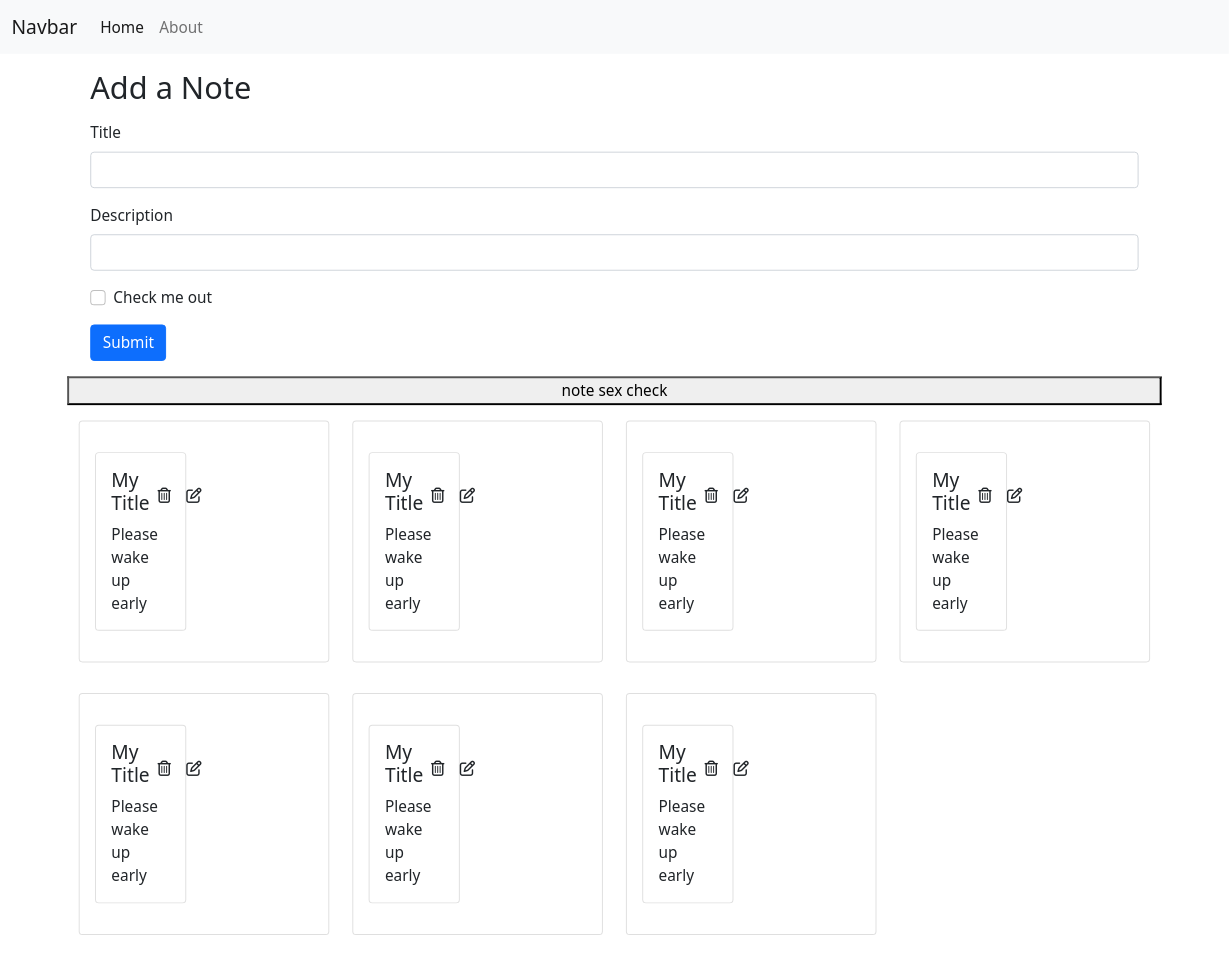
Repository: Asad-devv/inotebook-mern
Page: /
These files come from the project's save history. The page is drawn as it stood at one moment and after the next save; the edit follows.
The browser window is 1280 px wide. The pictures show the whole page, at 96% of full size.
Some web libraries are served in a nearby version. The project was rebuilt for these pictures with package versions that can differ from the ones it lists, and the page was loaded fresh each time. Also part of the build but not shown: vite.config.js, src/components/About.jsx.

Above is the page before, as saved 2023-04-14 01:27:57.

### index.html
<!DOCTYPE html>
<html lang="en">
  <head>
    <meta charset="UTF-8" />
    <link rel="icon" type="image/svg+xml" href="/vite.svg" />
    <meta name="viewport" content="width=device-width, initial-scale=1.0" />
    <link href="https://cdn.jsdelivr.net/npm/bootstrap@5.0.2/dist/css/bootstrap.min.css" rel="stylesheet" integrity="sha384-EVSTQN3/azprG1Anm3QDgpJLIm9Nao0Yz1ztcQTwFspd3yD65VohhpuuCOmLASjC" crossorigin="anonymous">
    <title>iNotebook</title>
  </head>
  <body>
    <div id="root"></div>
    <script type="module" src="/src/main.jsx"></script>

    <script src="https://kit.fontawesome.com/26504e4a1f.js" crossorigin="anonymous"></script>

    <script src="https://cdn.jsdelivr.net/npm/@popperjs/core@2.9.2/dist/umd/popper.min.js" integrity="sha384-IQsoLXl5PILFhosVNubq5LC7Qb9DXgDA9i+tQ8Zj3iwWAwPtgFTxbJ8NT4GN1R8p" crossorigin="anonymous"></script>
    <script src="https://cdn.jsdelivr.net/npm/bootstrap@5.0.2/dist/js/bootstrap.min.js" integrity="sha384-cVKIPhGWiC2Al4u+LWgxfKTRIcfu0JTxR+EQDz/bgldoEyl4H0zUF0QKbrJ0EcQF" crossorigin="anonymous"></script>
  </body>
</html>

### src/main.jsx
import React from 'react'
import ReactDOM from 'react-dom/client'
import App from './App'
// import './index.css'
import { BrowserRouter } from "react-router-dom"
import { Provider } from 'react-redux'
import store from './states/Store'


ReactDOM.createRoot(document.getElementById('root')).render(
  <React.StrictMode>
    <BrowserRouter>
    <Provider store={store} >
    <App />
    </Provider>
    </BrowserRouter>
  </React.StrictMode>,
)

### src/App.jsx
import { useState } from 'react'
import reactLogo from './assets/react.svg'
import viteLogo from '/vite.svg'
// import './App.css'
import {Home,Navbar,About} from "./components"
import { Route, Routes } from "react-router-dom"




function App() {

  return (
      <>
      <Navbar/>
      <div className="container">
      <Routes>
      <Route path="/" element={<Home />} />
      <Route path="/about" element={<About />} />
      </Routes>
      </div>

    </>
  );
}
export default App

### src/states/Store.js
import { configureStore } from '@reduxjs/toolkit'
import notesReducer from "./redux/notesSlice"


export default configureStore({
  reducer: {notes:notesReducer},
})

### src/components/index.js
import Home from "./Home"
import Navbar from "./Navbar"
import About from "./About"



export { Home,Navbar,About }

### src/states/redux/notesSlice.js
import { createSlice } from '@reduxjs/toolkit'


const notesInitial = [
        {
          "_id": "61322f19553781a8ca8d0e06",
          "user": "6131dc5e3e4037cd4734a066",
          "title": "My Title",
          "description": "Please wake up early",
          "tag": "personal",
          "date": "2021-09-03T14:20:09.509Z",
          "__v": 0
        },
        {
          "_id": "61322f19553781a8ca8d0e08",
          "user": "6131dc5e3e4037cd4734a066",
          "title": "My Title",
          "description": "Please wake up early",
          "tag": "personal",
          "date": "2021-09-03T14:20:09.668Z",
          "__v": 0
        },
        {
          "_id": "61322f19553781a8ca8d0e08",
          "user": "6131dc5e3e4037cd4734a066",
          "title": "My Title",
          "description": "Please wake up early",
          "tag": "personal",
          "date": "2021-09-03T14:20:09.668Z",
          "__v": 0
        },
        {
          "_id": "61322f19553781a8ca8d0e08",
          "user": "6131dc5e3e4037cd4734a066",
          "title": "My Title",
          "description": "Please wake up early",
          "tag": "personal",
          "date": "2021-09-03T14:20:09.668Z",
          "__v": 0
        },
        {
          "_id": "61322f19553781a8ca8d0e08",
          "user": "6131dc5e3e4037cd4734a066",
          "title": "My Title",
          "description": "Please wake up early",
          "tag": "personal",
          "date": "2021-09-03T14:20:09.668Z",
          "__v": 0
        },
        {
          "_id": "61322f19553781a8ca8d0e08",
          "user": "6131dc5e3e4037cd4734a066",
          "title": "My Title",
          "description": "Please wake up early",
          "tag": "personal",
          "date": "2021-09-03T14:20:09.668Z",
          "__v": 0
        },
        {
          "_id": "61322f19553781a8ca8d0e08",
          "user": "6131dc5e3e4037cd4734a066",
          "title": "My Title",
          "description": "Please wake up early",
          "tag": "personal",
          "date": "2021-09-03T14:20:09.668Z",
          "__v": 0
        },
      ]

export const notesSlice= createSlice({
    name:'notes',
    initialState:{value:notesInitial},
    reducers:{
        addNote:(state,action)=>{
                const newNote = action.payload
                return {
                    ...state,
                    value: [...state.value, newNote],
                };

        },deleteNote:(state)=>{

        },
        editNote:()=>{

        }
    }
})


export const { addNote} = notesSlice.actions

export default notesSlice.reducer

### src/components/Home.jsx
import React from 'react'
import { useSelector,useDispatch } from 'react-redux'
// import { update } from '../states/redux/notesSlice';
import Notes from './Notes';
import AddNote from './AddNote'



const Home = () => {
  const dispatch= useDispatch();
  const notes =  useSelector((state) => state.notes.value)
  console.log(notes)
  return (
    <div>

      <AddNote/>

        <Notes></Notes>
    </div>
  )
}

export default Home

### src/components/Navbar.jsx
import React,{useEffect,useState} from 'react'
import {Link,useLocation } from "react-router-dom"

const Navbar = () => {


  let location = useLocation();
  const [activeLink, setActiveLink] = useState()

  useEffect(() => {
    // Google Analytics
  }, [location]);

  return (

    <nav className="navbar navbar-expand-lg navbar-light bg-light">
      <div className="container-fluid">
        <a className="navbar-brand" href="#">Navbar</a>
        <button className="navbar-toggler" type="button" data-bs-toggle="collapse" data-bs-target="#navbarNav" aria-controls="navbarNav" aria-expanded="false" aria-label="Toggle navigation">
          <span className="navbar-toggler-icon" />
        </button>
        <div className="collapse navbar-collapse" id="navbarNav">
          <ul className="navbar-nav">
            <li className="nav-item">
              <Link to="/" className={`${location.pathname==="/" && "active"}   nav-link`} aria-current="page" href="#">Home</Link >
            </li>

            <li className="nav-item">
              <Link to="/about" className={`${location.pathname==="/about" && "active"}   nav-link`} href="#">About</Link >
            </li>

          </ul>
        </div>
      </div>
    </nav>  )
}

export default Navbar

### src/components/Notes.jsx
import React from 'react'
import { useSelector,useDispatch } from 'react-redux'
// import { update } from '../states/redux/notesSlice';
import { addNote } from '../states/redux/notesSlice'
import AddNote from './AddNote'

const NoteItem = ({title,description,tag})=>{
    return(
        <div className="col-md-3">
        <div class="card my-3">
            <div class ="card-body">
            {/* <h5 class ="card-title">{title}</h5> */}
            {/* <p class ="card-text">{description}</p>  */}
    <div className="col-md-5">
        <div className="card my-3">
            <div className="card-body">
                <div className="d-flex align-items-center">
                    <h5 className="card-title">{title}</h5><i className="far fa-trash-alt mx-2"></i>
                    <i className="far fa-edit mx-2"></i>
                </div>
                <p className="card-text">{description}</p>

            </div>
        </div></div>
        </div>
        </div>
    </div>
    )
}



const Notes = () => {
    const dispatch= useDispatch();
const notes =  useSelector((state) => state.notes.value)

const newNote = {tag:"asad",title:"shitty",description:"lorem1212121jasn ausb ashd kasd ahsklkjsdn "}
  return (

    <div className='row my-3'>
    <button onClick={()=>{dispatch(addNote(newNote))}}>note sex check</button>
         {notes.map((note)=>{
        return(
        //   <h1 key={  .id}>{note.title}</h1>
            <NoteItem key={note.id} {...note}/>
        )
      })}</div>
  )
}

export default Notes

### src/components/AddNote.jsx
import React,{useState} from 'react'
import { useDispatch } from 'react-redux'
import { addNote } from '../states/redux/notesSlice'


const AddNote = () => {
const dispatch = useDispatch()
    const [note, setNote] = useState({title: "", description: "", tag: "default"})


    const handleClick = (e)=>{

        if(note.title==="" || note.tag===""){
            alert("please fill all fields")
        }
        e.preventDefault();
        dispatch(addNote(note))
        setNote({title:"",description:""})
    }

    const onChange = (e)=>{
        setNote({...note, [e.target.name]: e.target.value})
    }

  return (
    <div className="container my-3">
    <h2>Add a Note</h2>
    <form className="my-3">
        <div className="mb-3">
            <label htmlFor="title" className="form-label">Title</label>
            <input type="text" className="form-control" value={note.title} id="title" name="title" aria-describedby="emailHelp" onChange={onChange} />
        </div>
        <div className="mb-3">
            <label htmlFor="description" className="form-label">Description</label>
            <input type="text" className="form-control" id="description" value={note.title} name="description" onChange={onChange} />
        </div>
        <div className="mb-3 form-check">
            <input type="checkbox" className="form-check-input" id="exampleCheck1" />
            <label className="form-check-label" htmlFor="exampleCheck1">Check me out</label>
        </div>
        <button type="submit" className="btn btn-primary" onClick={handleClick}>Submit</button>
    </form>
</div>

  )
}

export default AddNote

After the next save:
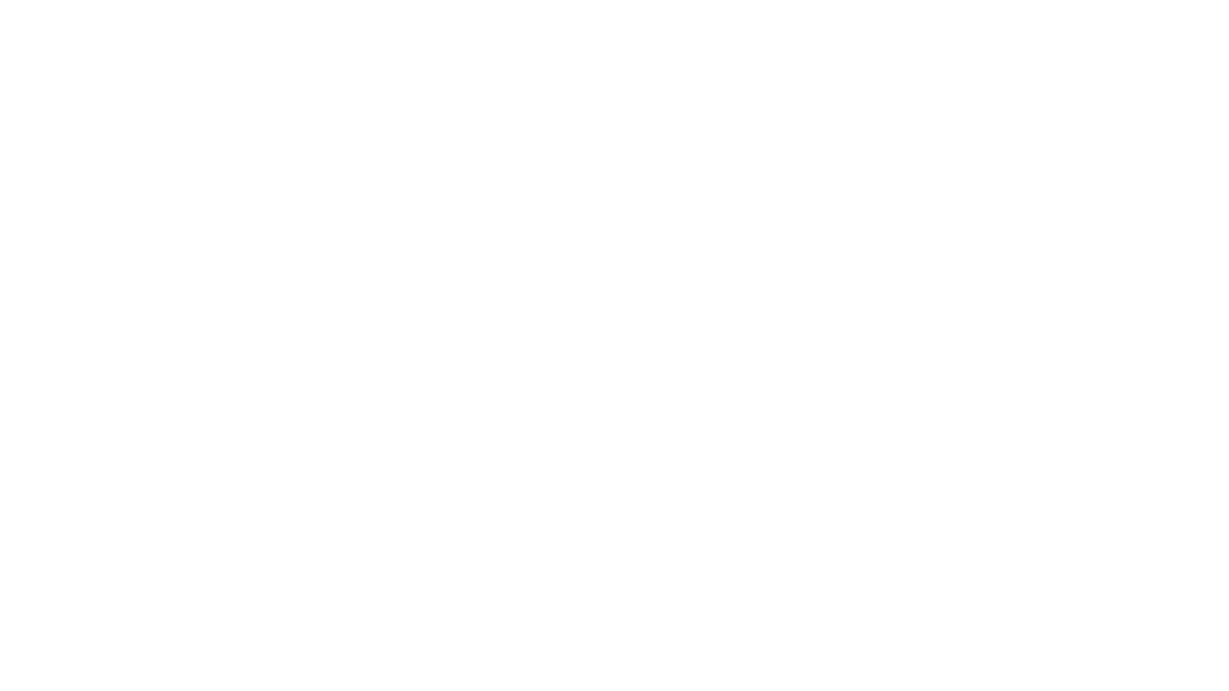
Console error: TypeError: note.describe is not a function
Saved 4 s later.
--- a/src/components/AddNote.jsx
+++ b/src/components/AddNote.jsx
@@ -32,7 +32,7 @@
         </div>
         <div className="mb-3">
             <label htmlFor="description" className="form-label">Description</label>
-            <input type="text" className="form-control" id="description" value={note.title} name="description" onChange={onChange} />
+            <input type="text" className="form-control" id="description" value={note.describe('first', () => { second })} name="description" onChange={onChange} />
         </div>
         <div className="mb-3 form-check">
             <input type="checkbox" className="form-check-input" id="exampleCheck1" />

After the 2 saves that followed:
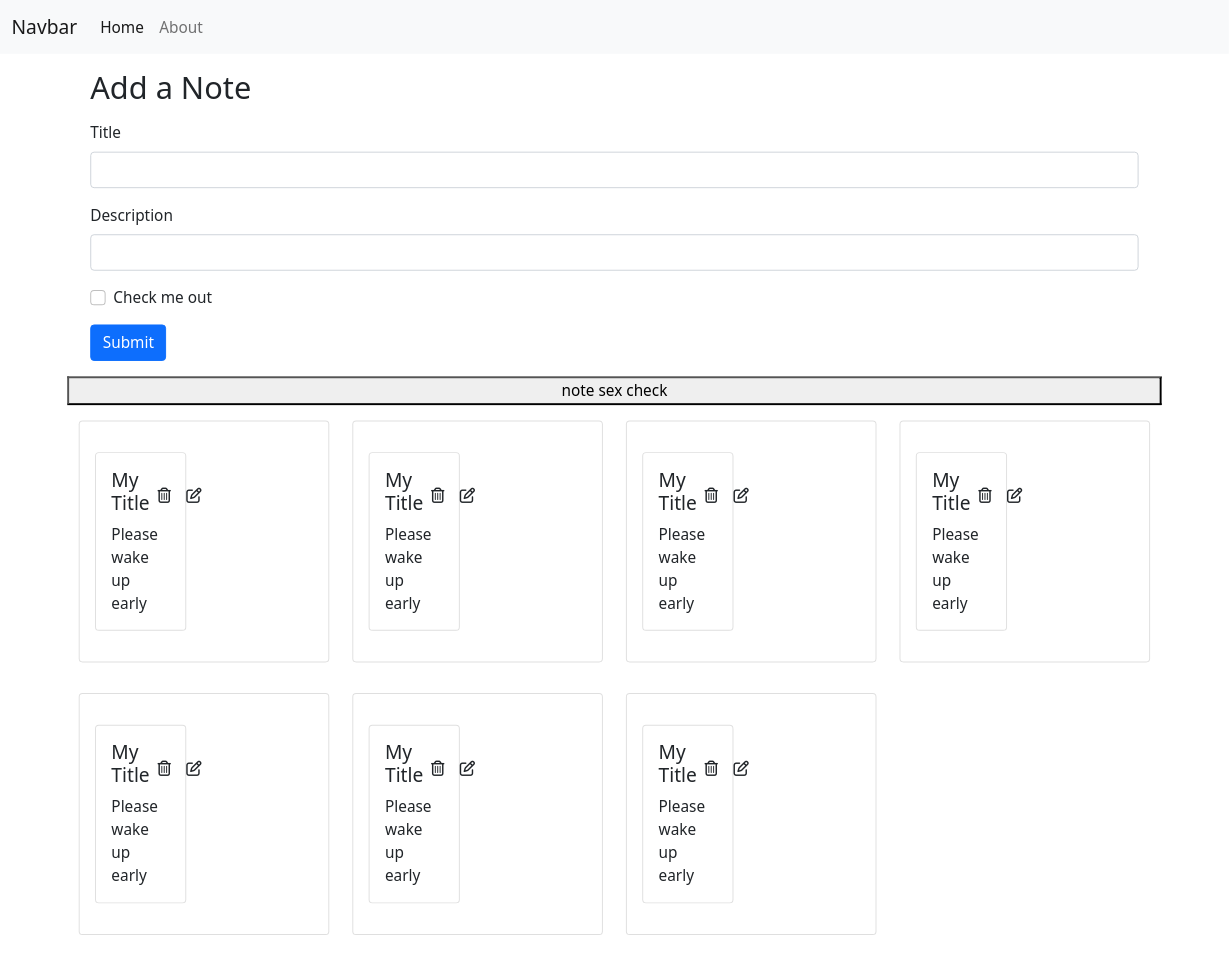
The error is gone.
The 2 saves are shown as one change because they came seconds apart.
The last was saved 6 s later.
--- a/src/components/AddNote.jsx
+++ b/src/components/AddNote.jsx
@@ -32,7 +32,7 @@
         </div>
         <div className="mb-3">
             <label htmlFor="description" className="form-label">Description</label>
-            <input type="text" className="form-control" id="description" value={note.describe('first', () => { second })} name="description" onChange={onChange} />
+            <input type="text" className="form-control" id="description" value={note.description} name="description" onChange={onChange} />
         </div>
         <div className="mb-3 form-check">
             <input type="checkbox" className="form-check-input" id="exampleCheck1" />
